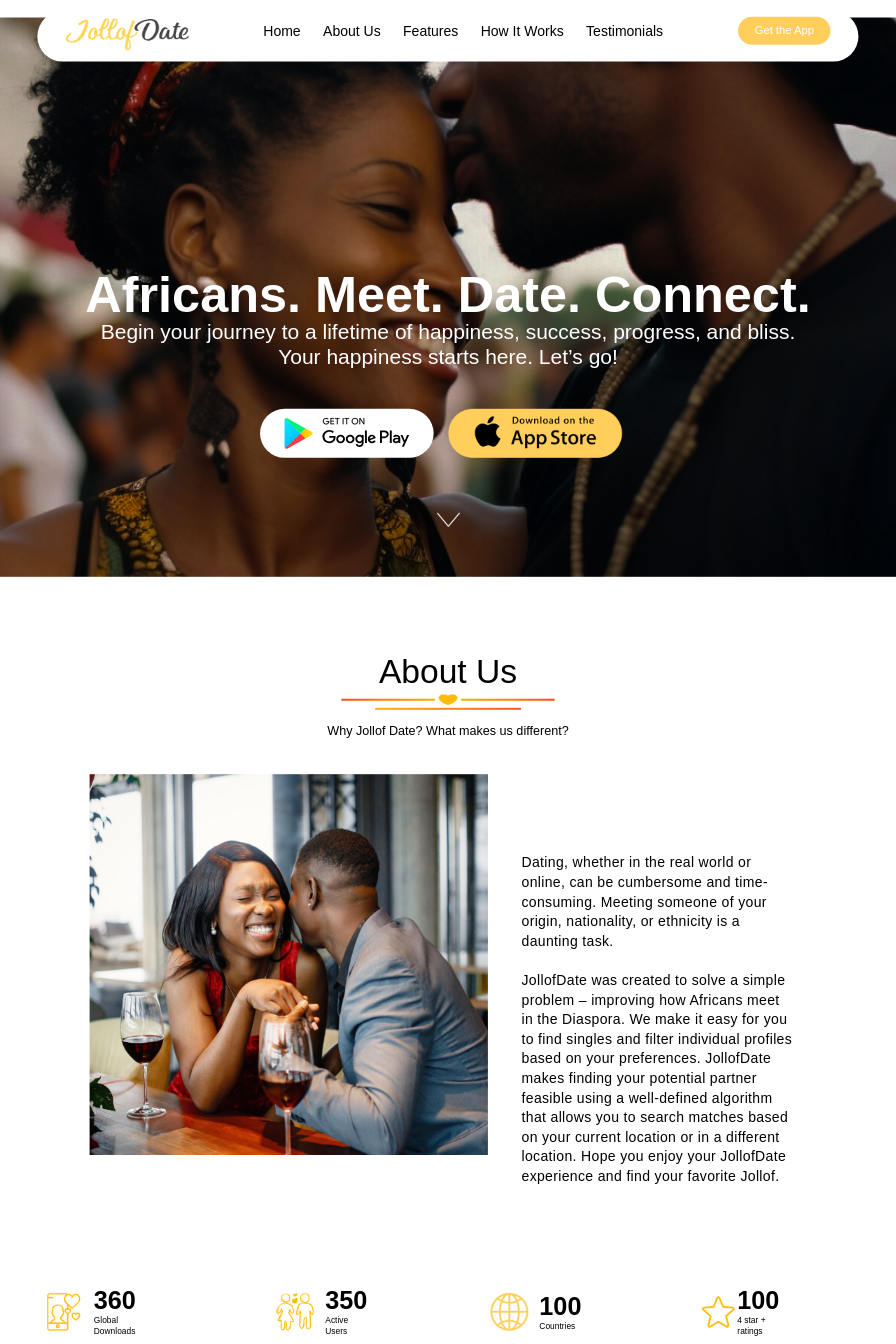
Repository: FarhanNasiru/jollofdate-frontend
Page: /
These files come from the project's save history. The page is drawn as it stood at one moment and after the next save; the edit follows.
The browser window is 1280 px wide. The pictures show the part of the page from y = 0 to 1920 px (the page is 7264 px tall before and 7228 px after), at 70% of full size.
Some web fonts or font styles are not loaded; a fallback is used. The project was rebuilt for these pictures with package versions that can differ from the ones it lists, and the page was loaded fresh each time. Also part of the build but not shown: vite.config.js, src/Pages/Footer2.jsx, src/components/Header2.jsx, src/Pages/privacy.jsx, src/Pages/Term.jsx.

Above is the page before, as saved 2024-08-20 17:46:31.

After the next save:
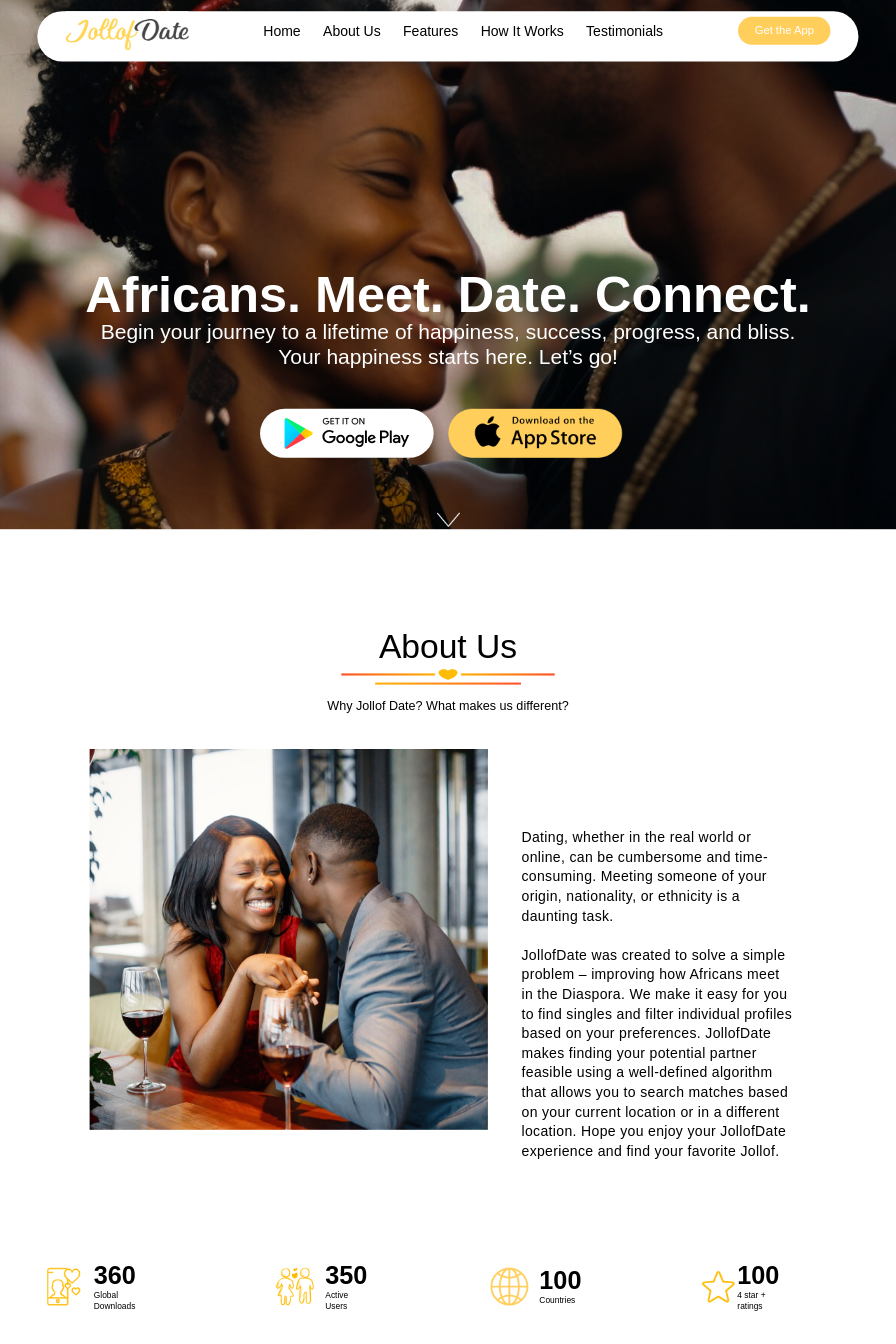
Saved 15 s later.
--- a/src/Pages/Home.jsx
+++ b/src/Pages/Home.jsx
@@ -14,7 +14,7 @@
       <Header />
       <section
         id="home"
-        className="pl-8 pr-8 justify-center bg-center bg-no-repeat items-center max-h-max w-full lg:pt-96 lg:pb-9 bg-[url('/Images/Home-bg.png')] "
+        className="pl-8 pr-8 justify-center bg-center bg-no-repeat items-center max-h-max w-full lg:pt-96 bg-[url('/Images/Home-bg.png')] "
       >
         <div>
           <h1 className="  text-wrap text-white text-7xl md:text-7xl  font-medium md:font-semibold text-center h-auto">
